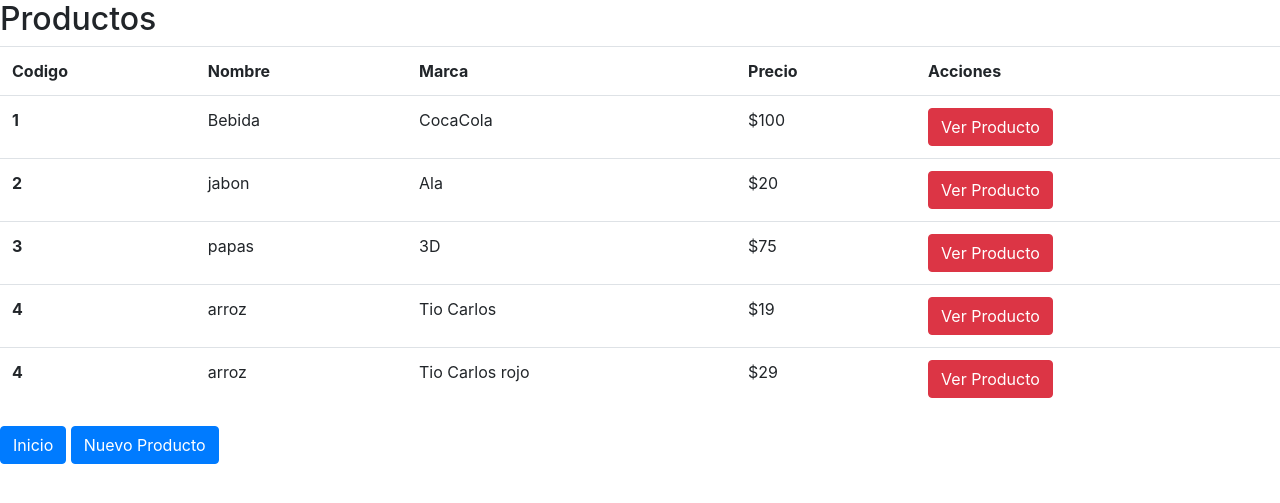
Repository: Alemartinez97/New-Repository
Page: programacion-3/tp4/productos/producto.html
These files come from the project's save history. The page is drawn as it stood at one moment and after the next save; the edit follows.
The browser window is 1280 px wide. The pictures show the whole page.

Above is the page before, as saved 2020-06-11 16:08:44.

### programacion-3/tp4/productos/producto.html
<!DOCTYPE html>
<html lang="en">
<head>
    <meta charset="UTF-8">
    <meta name="viewport" content="width=device-width, initial-scale=1.0">
    <title>Document</title>
    <link rel="stylesheet" href="https://stackpath.bootstrapcdn.com/bootstrap/4.5.0/css/bootstrap.min.css" integrity="sha384-9aIt2nRpC12Uk9gS9baDl411NQApFmC26EwAOH8WgZl5MYYxFfc+NcPb1dKGj7Sk" crossorigin="anonymous">
</head>
<body>
    <table class="table">
        <h2>Productos</h2>
        <tbody>
          <tr>
            <th>Codigo</th>
            <th>Nombre</th>
            <th>Marca</th>
            <th>Precio</th>
            <th>Acciones</th>
          </tr>
          <tr>
            <th>1</th>
            <td>Bebida</td>
            <td>CocaCola</td>
            <td>$100</td>
            <td><a href="ver/verProducto.html" class="btn btn-danger">Ver Producto</a></td>
          </tr>
          <tr>
            <th>2</th>
            <td>jabon</td>
            <td>Ala</td>
            <td>$20</td>
            <td><a href="ver/verProducto.html" class="btn btn-danger">Ver Producto</a></td>
          </tr>
          <tr>
            <th>3</th>
            <td>papas</td>
            <td>3D</td>
            <td>$75</td>
            <td><a href="ver/verProducto.html" class="btn btn-danger">Ver Producto</a></td>
          </tr>
          <tr>
            <th>4</th>
            <td>arroz</td>
            <td>Tio Carlos</td>
            <td>$19</td>
            <td><a href="ver/verProducto.html" class="btn btn-danger">Ver Producto</a></td>
          </tr>
          <tr>
            <th>4</th>
            <td>arroz</td>
            <td>Tio Carlos rojo</td>
            <td>$29</td>
            <td><a href="ver/verProducto.html" class="btn btn-danger">Ver Producto</a></td>
          </tr>
        </tbody>
      </table>
      <a href="../index.html" class="btn btn-primary">Inicio</a>
      <a href="formulario/formProducto.html" class="btn btn-primary">Nuevo Producto</a>
</body>
</html>

After the next save:
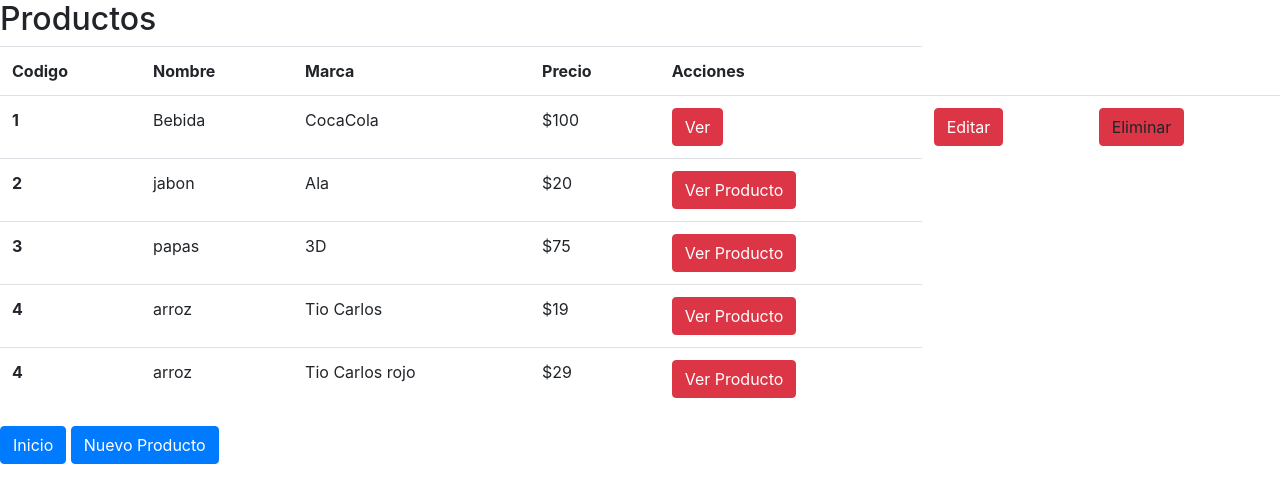
Saved 53 s later.
--- a/programacion-3/tp4/productos/producto.html
+++ b/programacion-3/tp4/productos/producto.html
@@ -22,7 +22,9 @@
             <td>Bebida</td>
             <td>CocaCola</td>
             <td>$100</td>
-            <td><a href="ver/verProducto.html" class="btn btn-danger">Ver Producto</a></td>
+            <td><a href="ver/verProducto.html" class="btn btn-danger">Ver</a></td>
+            <td><a href="ver/verProducto.html" class="btn btn-danger">Editar</a></td>
+            <td><a  class="btn btn-danger">Eliminar</a></td>
           </tr>
           <tr>
             <th>2</th>
